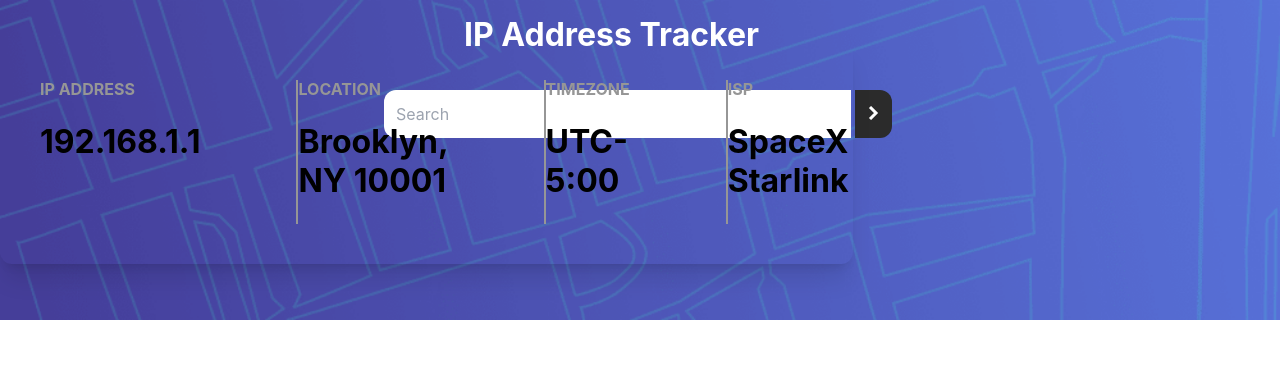
Repository: Dealsy/IP-Tracker
Page: /
The author's editor kept a copy of each file at every save. The page is drawn from the files as they stood at one save, then again after a run of saves.
The browser window is 1280 px wide. The pictures show the whole page.
The project was rebuilt for these pictures with package versions that can differ from the ones it lists, and the page was loaded fresh each time. The framework's server and built-in components were replaced by stand-ins that run in the browser. Also part of the build but not shown: next.config.js.

Above is the page before, as saved 2022-04-21 22:38:01.

After the next 4 saves:
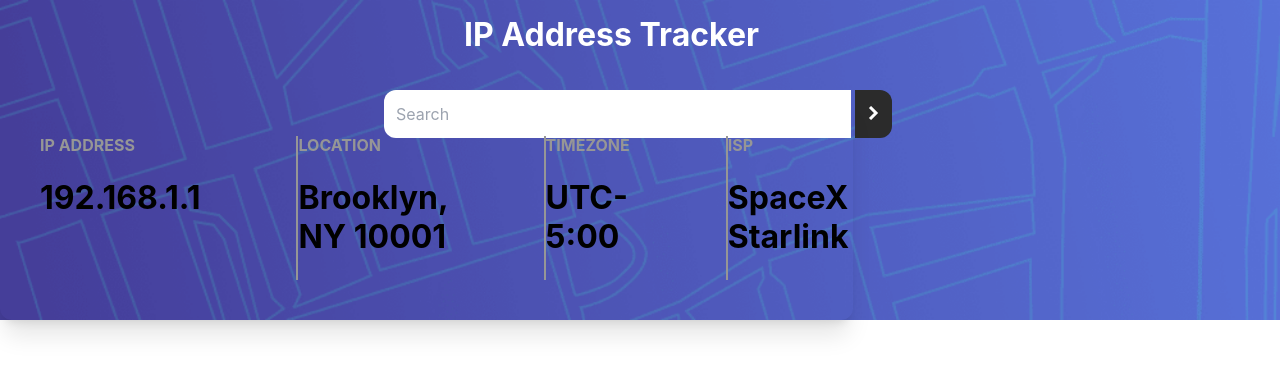
The 4 saves are shown as one change because they came seconds apart.
The last was saved 14 s later.
--- a/pages/index.js
+++ b/pages/index.js
@@ -28,7 +28,7 @@ export default function Home() {
           </div>
         </div>
 
-        <div className="flex flex-row justify-evenly border-0 shadow-xl w-4/6 m-auto rounded-xl p-10 absolute top-10 ">
+        <div className="flex flex-row justify-evenly border-0 shadow-xl w-4/6 m-auto rounded-xl p-10 absolute top-24 ">
           <div className=" border-r-2 border-Gray pr-24">
             <h3>IP ADDRESS</h3>
             <h2> 192.168.1.1 </h2>
